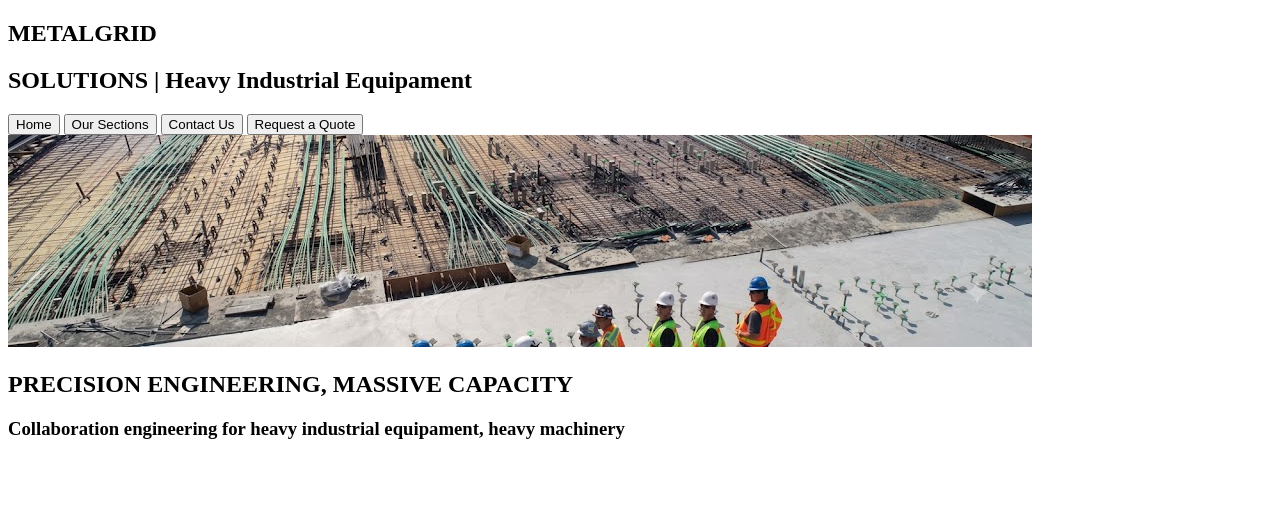
Repository: MiguelSebastiana/AtividadesFrontEnd
Page: aulaDia12Junho/index.html
The author's editor kept a copy of each file at every save. The page is drawn from the files as they stood at one save, then again after a run of saves.
The browser window is 1280 px wide. The pictures show the whole page.

Above is the page before, as saved 2026-06-12 19:03:59.

### aulaDia12Junho/index.html
<!DOCTYPE html>
<html lang="pt-br">
<head>
    <meta charset="UTF-8">
    <meta name="viewport" content="width=device-width, initial-scale=1.0">
    <title>Document</title>
    <link rel="stylesheet" href="style.css">
</head>
<body>

    <header>

        <nav class="topBar">
            <h1 class="titleNav">METALGRID</h1>
            <h2 class="subTitNav">SOLUTIONS | Heavy Industrial Equipament</h2>
            <div class="buttonsNav">
                <button class="button">Home</button>
                <button class="button">Our Sections</button>
                <button class="button">Contact Us</button>
                <button class="buttonColorido">Request a Quote</button>
            </div>
        </nav>

    </header>

    <main>

        <div>
            <img class="imagemFundo" src="adwadawdadawda.jpg" alt="Imagem de fundo">
        </div>

        <section class="quadroImagemFundo">

            <h1 class="titleQuadroImagemFundo">PRECISION ENGINEERING, MASSIVE CAPACITY</h1>
            <h3 class="textoQuadroImagemFundo">Collaboration engineering for heavy industrial equipament,
                heavy machinery
            </h3>

        </section>
    </main>

</body>
</html>

Loaded but not shown: aulaDia12Junho/style.css (no copy from this time; the picture is the same without it)

After the next 6 saves:
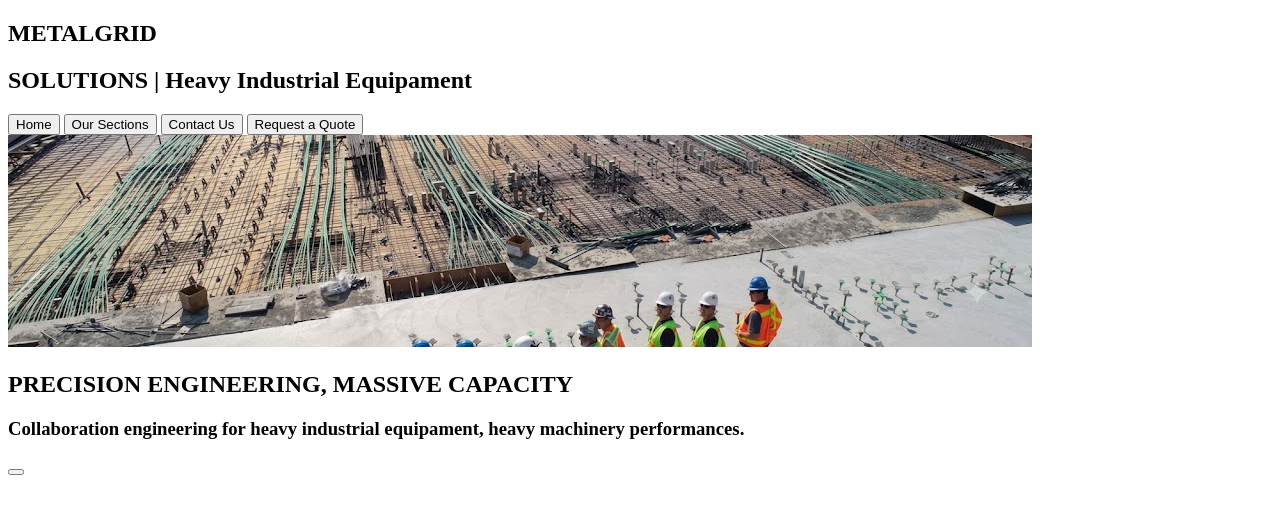
The 6 saves are shown as one change because they came seconds apart.
The last was saved 13 s later.
--- a/aulaDia12Junho/index.html
+++ b/aulaDia12Junho/index.html
@@ -33,8 +33,9 @@
 
             <h1 class="titleQuadroImagemFundo">PRECISION ENGINEERING, MASSIVE CAPACITY</h1>
             <h3 class="textoQuadroImagemFundo">Collaboration engineering for heavy industrial equipament,
-                heavy machinery
+                heavy machinery performances.
             </h3>
+            <button class=""></button>
 
         </section>
     </main>
